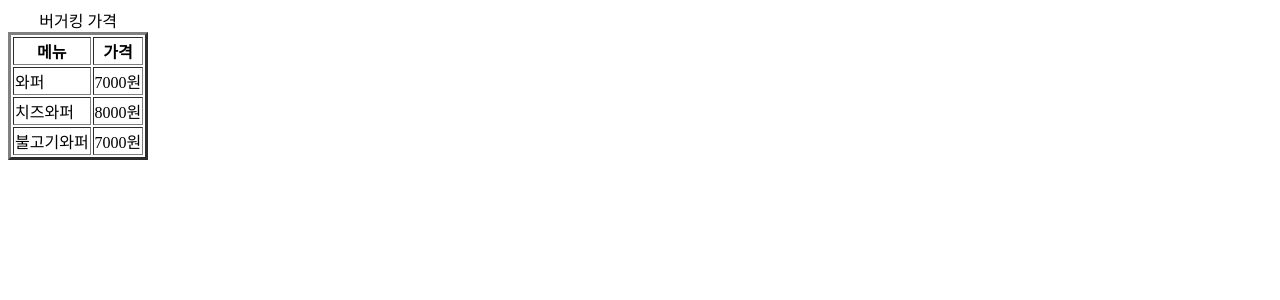
Repository: Johyerim06/Class_internetProgramming
Page: class01/dd/13.html
An editor plug-in stored every save of this project. The page is shown before and after the next save, followed by the edit.
The browser window is 1280 px wide. The pictures show the whole page.

Above is the page before, as saved 2025-03-13 12:17:25.

### class01/dd/13.html
<!DOCTYPE html>
<html>
<head>
<meta charset="UTF-8">
<title>표(table) 만들기</title>
</head>
<!-- Ctrl + Shift + F : 자동 들여쓰기 or 정렬 -->
<body>
	<table border="3">
		<caption>버거킹 가격</caption> <!-- 테이블 제목 -->
		<thead>
		<tr><th>메뉴</th><th>가격</th></tr>
		</thead>
		<!-- 테이블 시작 -->
		<tr>
			<td>와퍼</td>
			<td>7000원</td>
		</tr>
		<!-- 1행 -->
		<tr>
			<td>치즈와퍼</td>
			<td>8000원</td>
		</tr>
		<!-- 2행 -->
		<tr>
			<td>불고기와퍼</td>
			<td>7000원</td>
		</tr>
		<!-- 3행 -->
		<!-- 테이블 끝 -->
		<!-- tr : table row -->
		<!-- td : table data -->
	</table>
</body>
</html>

After the next save:
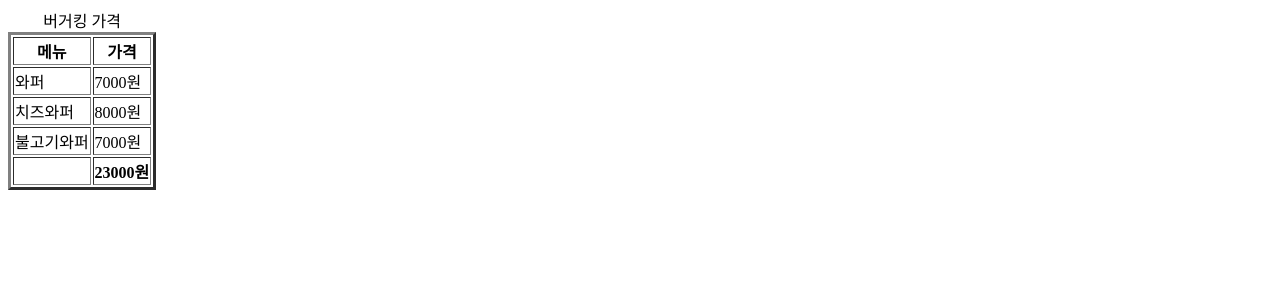
Saved 5 min 48 s later.
--- a/class01/dd/13.html
+++ b/class01/dd/13.html
@@ -7,9 +7,14 @@
 <!-- Ctrl + Shift + F : 자동 들여쓰기 or 정렬 -->
 <body>
 	<table border="3">
-		<caption>버거킹 가격</caption> <!-- 테이블 제목 -->
+		<caption>버거킹 가격</caption>
+		<!-- 테이블 제목 -->
 		<thead>
-		<tr><th>메뉴</th><th>가격</th></tr>
+			<!-- 테이블 가장 상위 행, 컬럼명 -->
+			<tr>
+				<th>메뉴</th>
+				<th>가격</th>
+			</tr>
 		</thead>
 		<!-- 테이블 시작 -->
 		<tr>
@@ -30,6 +35,12 @@
 		<!-- 테이블 끝 -->
 		<!-- tr : table row -->
 		<!-- td : table data -->
+		<tfoot>
+			<tr>
+				<th></th>
+				<th>23000원</th>
+			</tr>
+		</tfoot>
 	</table>
 </body>
 </html>
